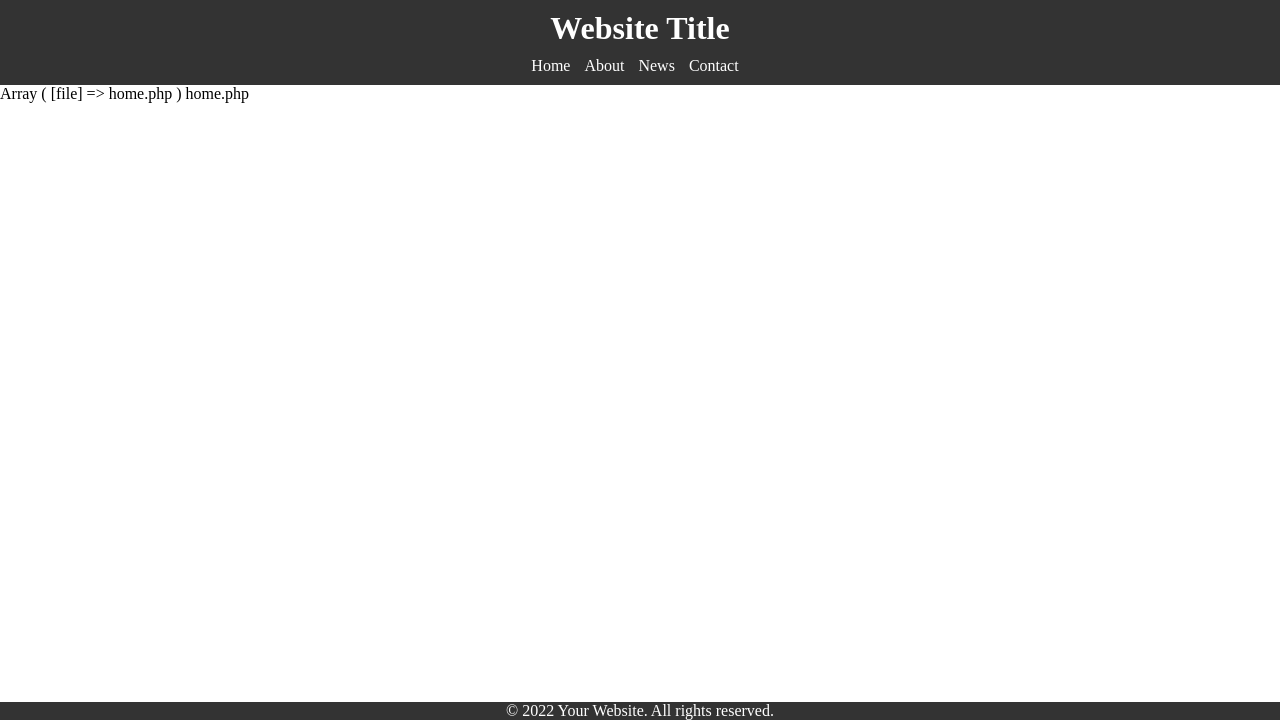
Repository: KHANHD192/Docker_lab
Page: http://localhost/?file=home.php
The author's editor kept a copy of each file at every save. The page is drawn from the files as they stood at one save, then again after the next save.
The browser window is 1280 px wide. The pictures show the whole page.
The page is run by PHP 8.4 with error messages shown; the project is at /var/www/html/.

Above is the page before, as saved 2024-04-08 17:04:08.

After the next save:
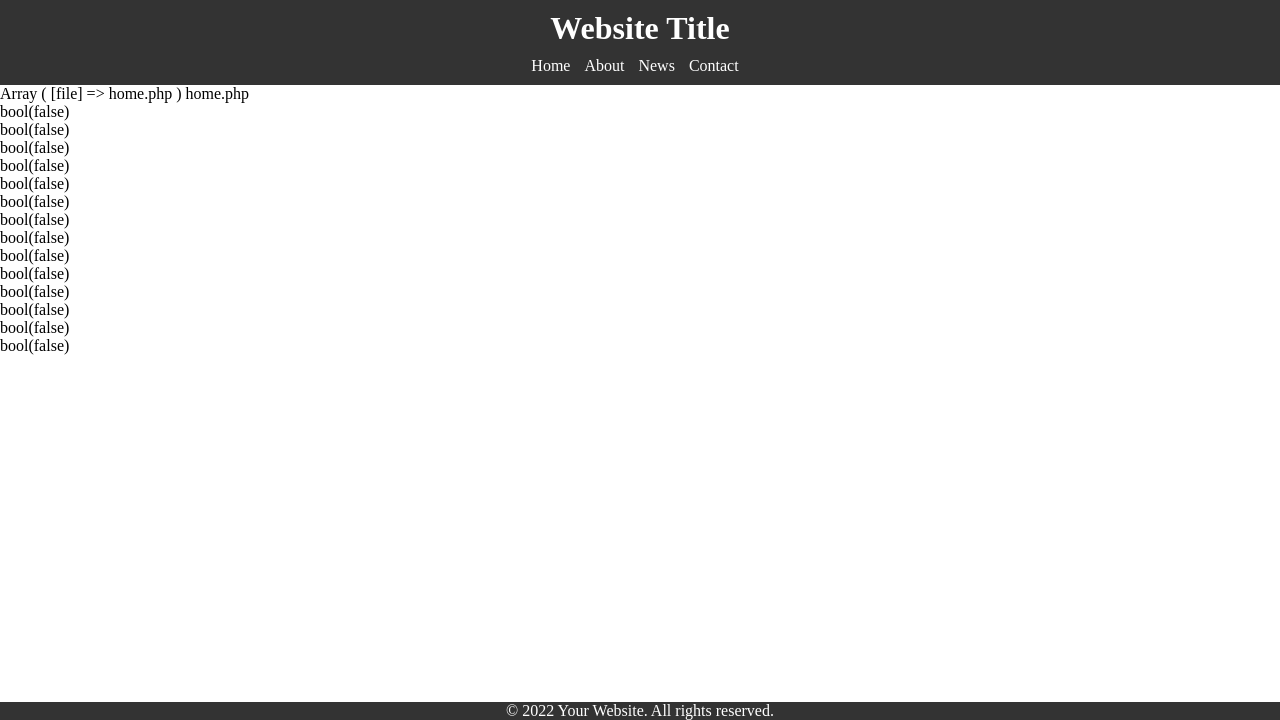
Saved 25 s later.
--- a/src/index.php
+++ b/src/index.php
@@ -91,8 +91,8 @@
         foreach($black_list as $item){
              if(stripos($path,$item) >= 0 ){
                 echo "</br>";
-                $result =stripos($path,$item);
-                echo $result;
+                var_dump(stripos($path,$item));
+                //  echo "1";
              }
         }
 
